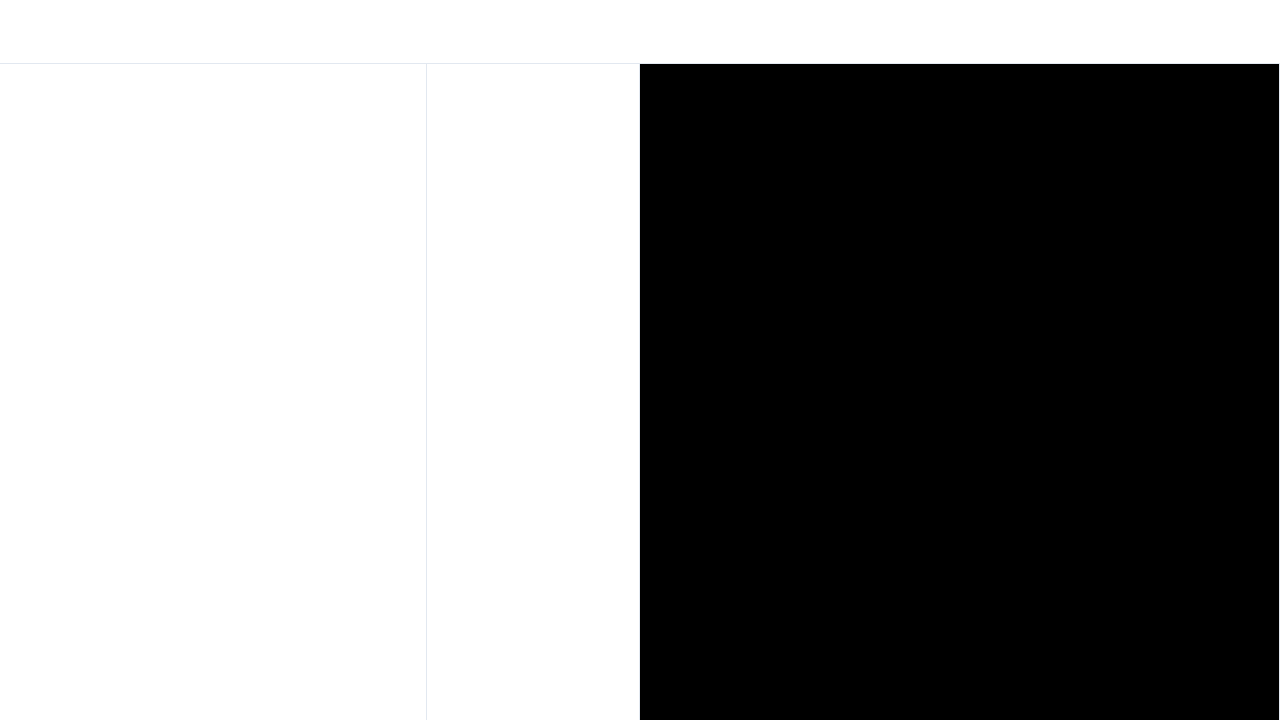
Repository: VictorJPimentel/Resume-Matcher
Page: / (app in frontend/)
The author's editor kept a copy of each file at every save. The page is drawn from the files as they stood at one save, then again after a run of saves.
The browser window is 1280 px wide. The pictures show the whole page.
The project was rebuilt for these pictures with package versions that can differ from the ones it lists, and the page was loaded fresh each time. Also part of the build but not shown: frontend/src/components/FileUpload.jsx.

Above is the page before, as saved 2022-08-09 20:02:21.

### frontend/src/App.jsx
import axios from "axios";
import React, { useEffect, useState } from "react";
import "./App.css";
import "bootstrap/dist/css/bootstrap.min.css";
import "../node_modules/bootstrap/dist/css/bootstrap.min.css";
import "bootstrap/dist/css/bootstrap.min.css";
import { useDropzone } from "react-dropzone";
import { Routes, Route, useLocation } from "react-router-dom";
import Home from "./pages/Home";

import FileUpload from "./components/FileUpload";

function App() {
  // const [ name, setName ] = useState("")
  // const [home, setHome] = useState("")
  const [keywords, setKey] = useState("");
  const [database, setDatabase] = useState("");

  // useEffect(() => {
  //   axios.get("http://localhost:4000/keywords").then(function (response) {
  //     setKey(response.data);
  //   });
  // });

  // useEffect(() => {
  //   axios.get("http://localhost:4000/database").then(function (response) {
  //     setDatabase(response.data);
  //   });
  // });

  // useEffect(() => {
  //   axios.get("http://localhost:4000/home").then(function(response){
  //     setHome(response.data)
  //   })
  // })

  // async function postName(e) {
  // 	e.preventDefault()
  // 	try {
  // 		await axios.post("http://localhost:4000/post_name", {
  // 			name
  // 		})
  // 	} catch (error) {
  // 		console.error(error)
  // 	}
  // }

  // /* <form onSubmit={postName}>
  //                       <input type="text" value={name} onChange={(e) => setName(e.target.value)} />
  //                       <button type="submit">Send Name</button>
  //                   </form> */

  const [files, setFiles] = useState([]);

  const { getRootProps, getInputProps } = useDropzone({
    accept: "image/*",
  });

  const images = files.map((file) => (
    <div key={file.name}>
      <div>
        <img src={file.preview} style={{ width: "200px" }} alt="preview" />
      </div>
    </div>
  ));

  return (
    <>
      <Routes>
        <Route exact path="/" element={<Home />} />
      </Routes>
    </>
  );
}

export default App;

### frontend/src/pages/Home.jsx
import React, { useState } from "react";

// import Sidebar from "../partials/Sidebar";
import Header from "../components/Header";
import Filter from "../components/Filters";
import Candidates from "../components/Candidates";
import Resume from "../components/Resume";
// import WelcomeBanner from "../partials/dashboard/WelcomeBanner";

function Home() {
  return (
    <div className="flex h-screen overflow-hidden">
      <div className="relative flex flex-col flex-1 overflow-y-auto overflow-x-hidden">
        {/*  Site header */}
        <Header />

        <main className="flex h-screen">
          <Filter />
          <Candidates />
          <Resume />
        </main>
      </div>
    </div>
  );
}

export default Home;

### frontend/src/components/Header.jsx
import React, { useState } from "react";

function Header() {
  return (
    <header className="top-0 bg-white border-b border-slate-200 z-30">
      <div className="px-4 sm:px-6 lg:px-8">
        <div className="flex items-center justify-between h-16 -mb-px">
          {/* Header: Left side */}
          <div className="flex">
            {/* Hamburger button */}
            <button
              className="text-slate-500 hover:text-slate-600 lg:hidden"
              aria-controls="sidebar"
            >
              <span className="sr-only">Open sidebar</span>
              <svg
                className="w-6 h-6 fill-current"
                viewBox="0 0 24 24"
                xmlns="http://www.w3.org/2000/svg"
              >
                <rect x="4" y="5" width="16" height="2" />
                <rect x="4" y="11" width="16" height="2" />
                <rect x="4" y="17" width="16" height="2" />
              </svg>
            </button>
          </div>

          {/* Header: Right side */}
        </div>
      </div>
    </header>
  );
}

export default Header;

### frontend/src/components/Filters.jsx
import React, { useState, useEffect, useRef } from "react";
import { NavLink, useLocation } from "react-router-dom";

function Filter() {
  return (
    <div
      className="flex flex-col z-40 left-0 top-0 h-full no-scrollbar w-2/6 border-r border-slate-200
       "
    ></div>
  );
}

export default Filter;

### frontend/src/components/Candidates.jsx
import React, { useState, useEffect, useRef } from "react";

function Candidates() {
  return (
    <div
      className="flex flex-col z-40 left-0 top-0 h-full no-scrollbar w-1/6 border-r border-slate-200
       "
    ></div>
  );
}

export default Candidates;

### frontend/src/components/Resume.jsx
import React, { useState, useEffect, useRef } from "react";

function Resume() {
  return (
    <div
      className="flex flex-col z-40 left-0 top-0 h-full no-scrollbar w-3/6 border-r border-slate-200 bg-black
       "
    ></div>
  );
}

export default Resume;

Loaded but not shown: frontend/public/index.html (common file); frontend/src/index.js (common file); frontend/src/index.css (common file); frontend/src/reportWebVitals.js (common file); frontend/src/App.css (common file); frontend/tailwind.config.js (common file)

After the next 2 saves:
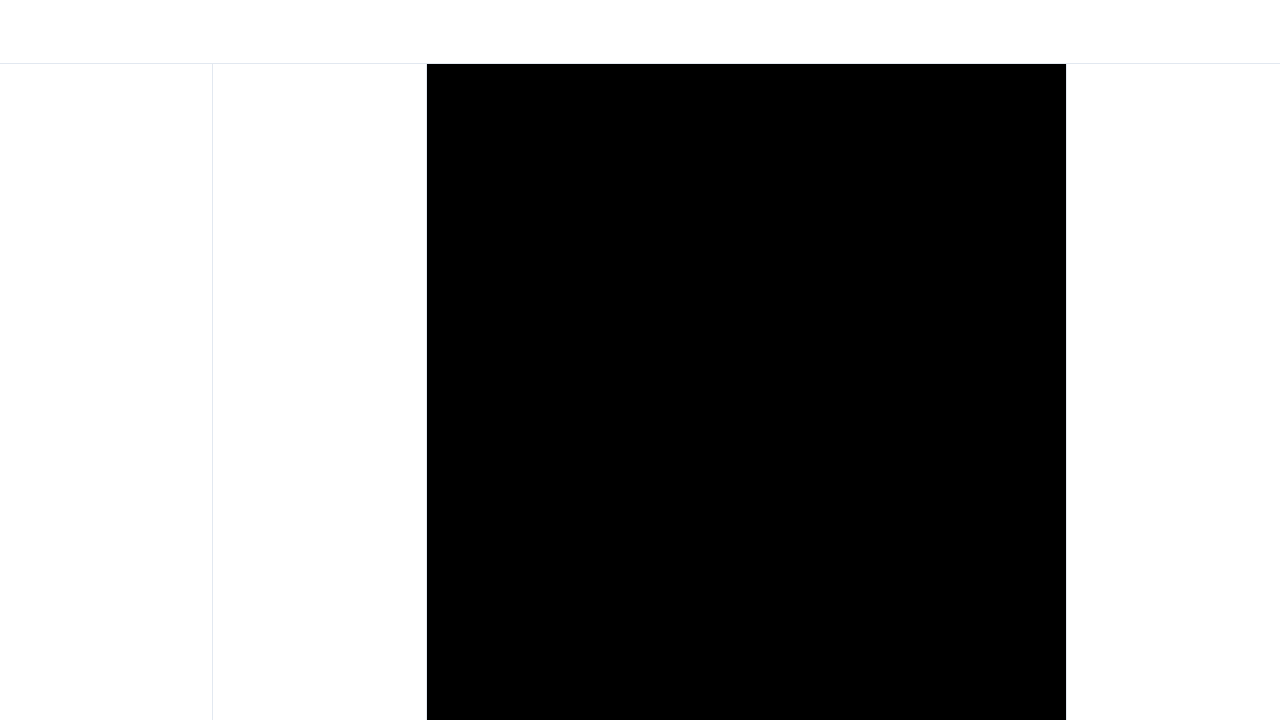
The 2 saves are shown as one change because they came seconds apart.
The last was saved 11 s later.
--- a/frontend/src/components/Filters.jsx
+++ b/frontend/src/components/Filters.jsx
@@ -4,7 +4,7 @@ import { NavLink, useLocation } from "react-router-dom";
 function Filter() {
   return (
     <div
-      className="flex flex-col z-40 left-0 top-0 h-full no-scrollbar w-2/6 border-r border-slate-200
+      className="flex flex-col z-40 left-0 top-0 h-full no-scrollbar w-1/6 border-r border-slate-200
        "
     ></div>
   );
